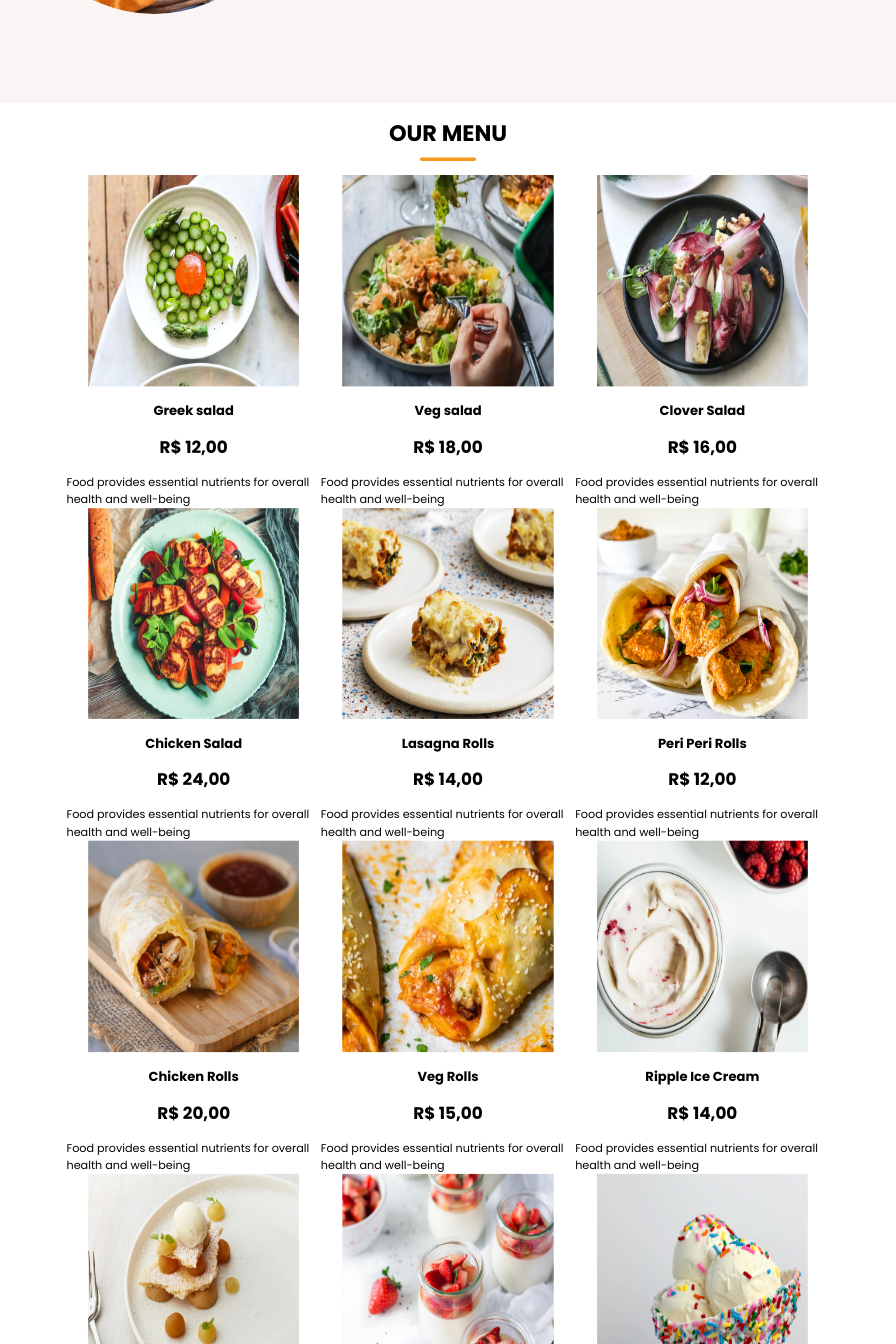
Repository: guilhermecardoso93/coffe-site-vite
Page: /
These files come from the project's save history. The page is drawn as it stood at one moment and after the next save; the edit follows.
The browser window is 1280 px wide. The pictures show the part of the page from y = 1220 to 3140 px (the page is 6701 px tall before and 6241 px after), at 70% of full size.
Some web fonts or font styles are not loaded; a fallback is used. The project was rebuilt for these pictures with package versions that can differ from the ones it lists, and the page was loaded fresh each time. Also part of the build but not shown: vite.config.js.

Above is the page before, as saved 2024-11-21 18:53:49.

After the next save:
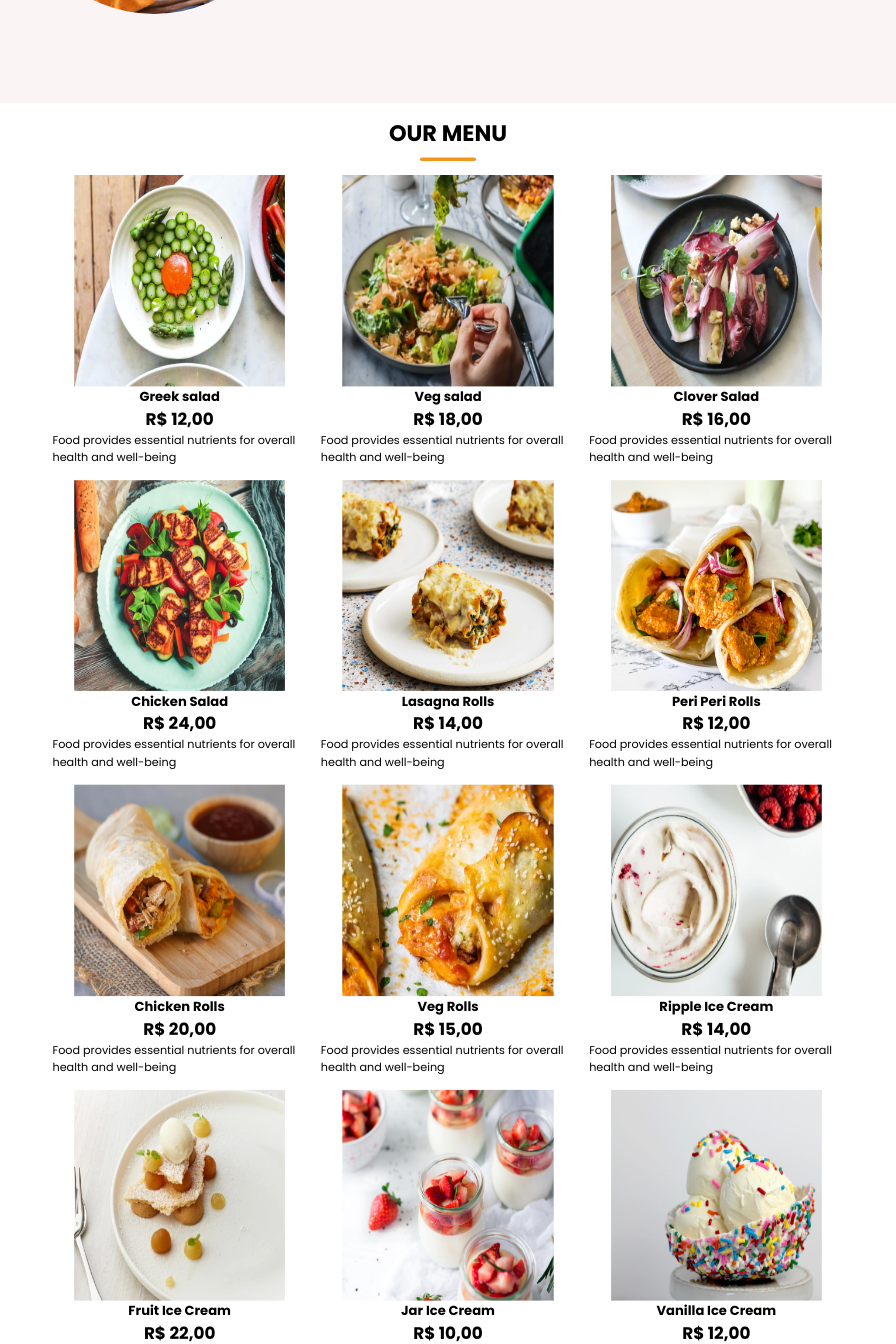
Saved 10 s later.
--- a/src/components/Menu/styles.css
+++ b/src/components/Menu/styles.css
@@ -12,6 +12,8 @@
   justify-content: center;
   align-items: center;
   margin: 0 auto;
+  gap: 20px;
+
 }
 
 .menu-section .menu-list .menu-item {
@@ -19,7 +21,6 @@
   align-items: center;
   flex-direction: column;
   width: calc(100% / 3 - 50px);
-  gap: 20px;
 }
 
 .menu-section .menu-list .menu-item .menu-image {
